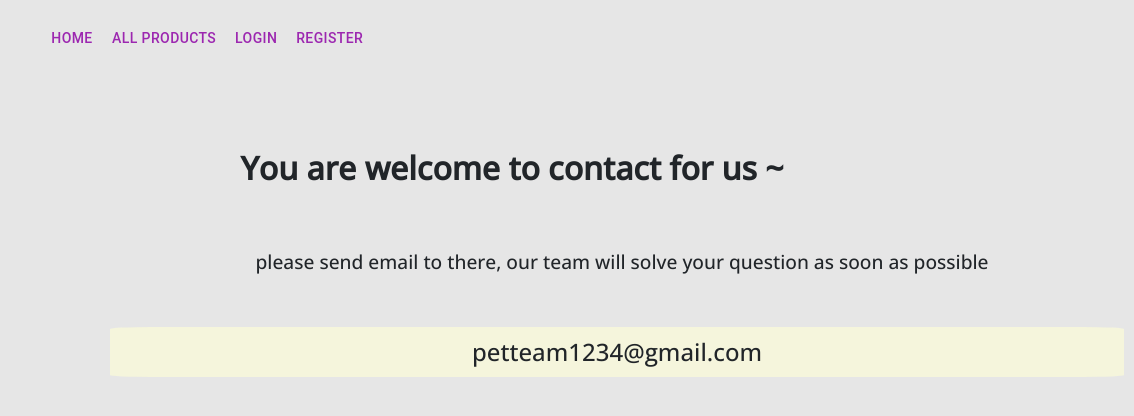
Repository: dzwfighting/pet
Page: /contact
These files come from the project's save history. The page is drawn as it stood at one moment and after a run of saves; the edit follows.
The browser window is 1024 px wide. The page is 1134 px wide, then 1124 px, so the pictures cover 1134 px, including what lies to the right of the window. The pictures show the whole page.
The project was rebuilt for these pictures with package versions that can differ from the ones it lists, and the page was loaded fresh each time. Also part of the build but not shown: src/components/homeComponent.js, src/components/Layout.js, src/components/checkoutComponent.js, src/fake-data/products.js, src/styles/css/cart.css, src/components/ShopCartComponent.js, src/components/productsDetail.js, src/manipulate/checkValid.js and 10 more.

Above is the page before, as saved 2023-08-20 10:19:05.

After the next 3 saves:
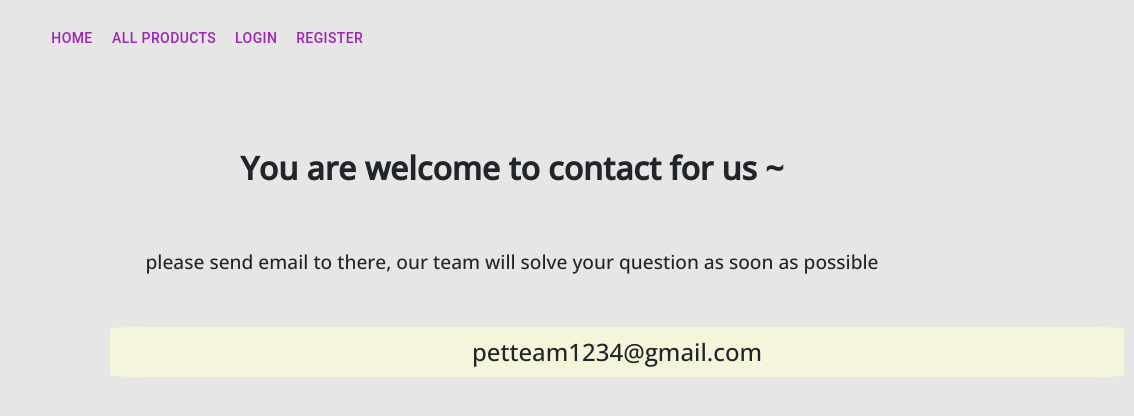
The 3 saves are shown as one change because they came seconds apart.
The last was saved 16 s later.
--- a/src/styles/css/contact.css
+++ b/src/styles/css/contact.css
@@ -31,13 +31,8 @@
 
 @media screen and (min-width: 769px) and (max-width: 1024px) {
   .contactContainerSet p {
-    display: flex;
-    justify-content: center;
-    align-items: center;
     text-align: center;
     font-family: "Open Sans", sans-serif;
-    margin-left: 110px;
-    width: calc(100%);
     font-size: 1.2rem;
   }
   .imgSet {
